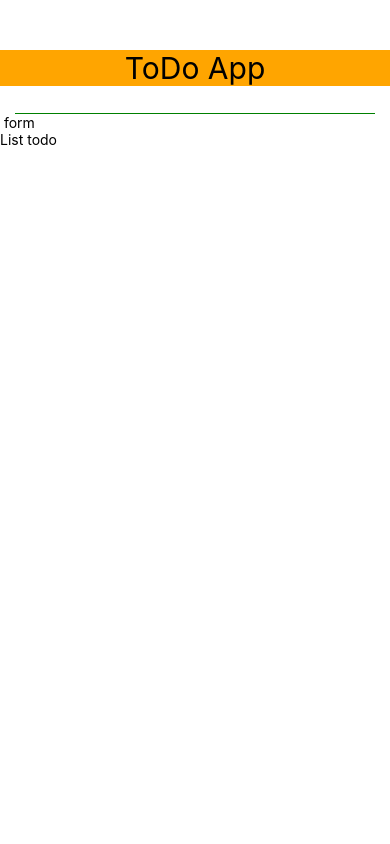
Repository: Ducbii4202/React-Native
Screen: /review-detail
These files come from the project's save history. The screen is drawn as it stood at one moment and after the next save; the edit follows.
The app was drawn by React Native's web renderer in a window 390 px wide. The project was rebuilt for these pictures with package versions that can differ from the ones it lists, and the page was loaded fresh each time.

Above is the screen before, as saved 2024-09-15 21:07:17.

### App.tsx

import { useState } from 'react';
import { Button, FlatList, ScrollView, StyleSheet, Text, TextInput, View } from 'react-native';

export default function App() {


  return (
    <View style={styles.container}>
      <Text style={styles.header}>ToDo App</Text>

      {/* form */}
      <View>
        <TextInput
        style={styles.todoInput}
        />
        <Text> form</Text>
      </View>

      {/* list todo */}
      <View>
        <Text>List todo</Text>
      </View>

    </View>
  );
}


//css in js
const styles = StyleSheet.create({
  container: {
    flex: 1,
    backgroundColor: '#fff',
    paddingTop: 50,
    // alignItems: 'center',
    // justifyContent: 'center',
  },
  header: {
    backgroundColor: 'orange',
    paddingHorizontal: 20,
    textAlign: 'center',
    fontSize: 30,
  },
  todoInput: {
    borderBottomWidth: 1,
    borderBottomColor: 'green',
    padding: 5,
    marginHorizontal: 15,

  }

});

After the next save:
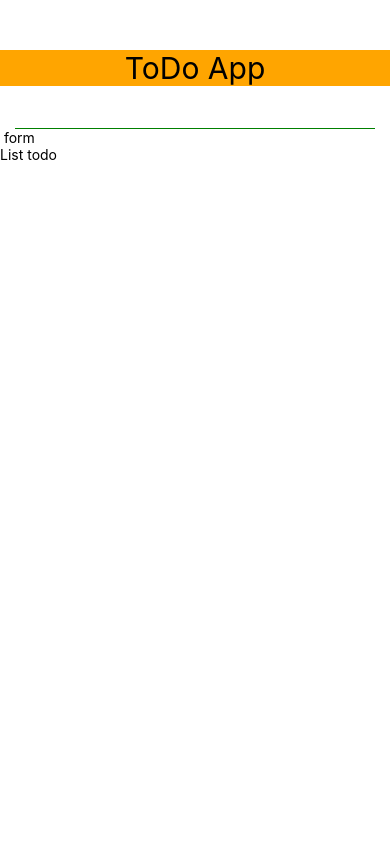
Saved 12 s later.
--- a/App.tsx
+++ b/App.tsx
@@ -47,6 +47,7 @@ const styles = StyleSheet.create({
     borderBottomColor: 'green',
     padding: 5,
     marginHorizontal: 15,
+    marginTop: 15,
 
   }
 
